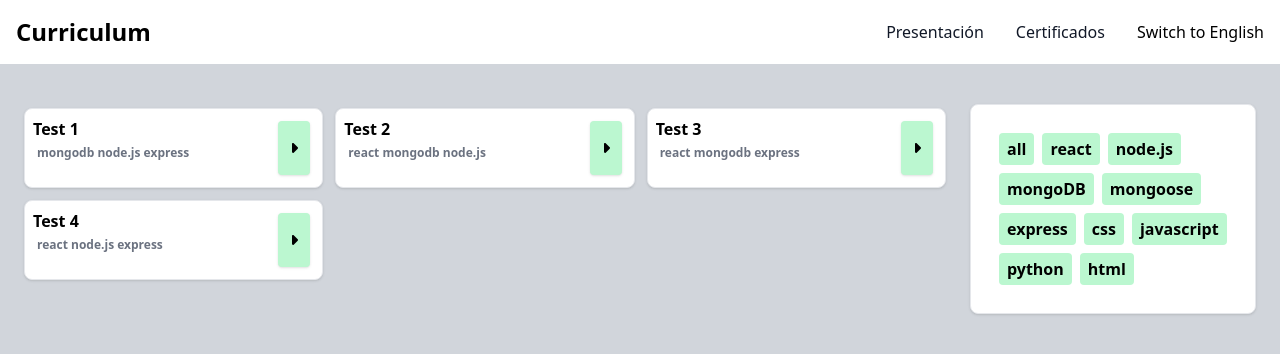
Repository: JetPi/Presentatio-Project
Page: /about/certificates
These files come from the project's save history. The page is drawn as it stood at one moment and after the next save; the edit follows.
The browser window is 1280 px wide. The pictures show the whole page.
The project was rebuilt for these pictures with package versions that can differ from the ones it lists, and the page was loaded fresh each time. The framework's server and built-in components were replaced by stand-ins that run in the browser. Also part of the build but not shown: next.config.js.

Above is the page before, as saved 2023-04-04 15:38:31.

After the next save:
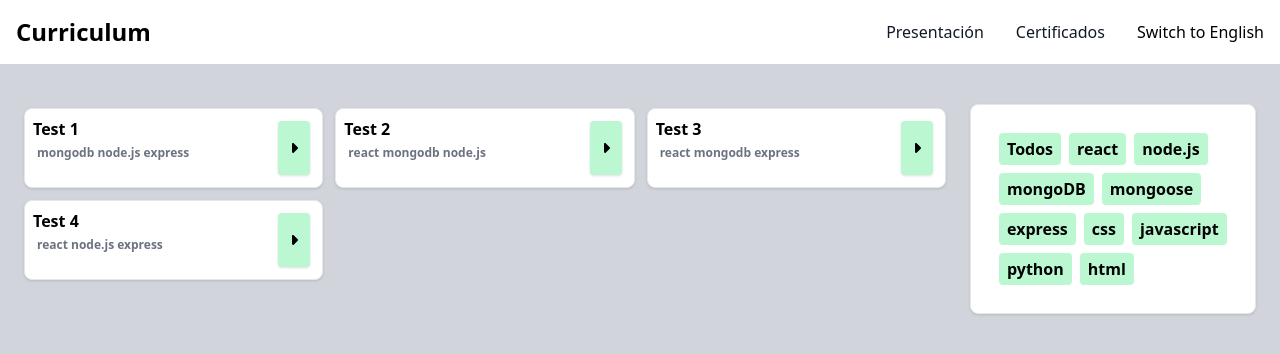
Saved 3 min 39 s later.
--- a/src/components/CertificateList.tsx
+++ b/src/components/CertificateList.tsx
@@ -3,6 +3,7 @@ import { Url } from "url";
 import { Card, CardButton, CardTitle } from "./Card";
 import Image from "next/image";
 import { LinkButton } from "./Button";
+import { useRouter } from "next/router";
 
 interface Props {
   itemList: Array<{
@@ -41,6 +42,7 @@ export default function CertificateList({ itemList, skillList }: Props) {
     };
   });
   const [list, setList] = useState(initialList);
+  const { locale } = useRouter();
 
   function skillRemover(skill: string) {
     let tempList = initialList.filter((item) => {
@@ -83,7 +85,7 @@ export default function CertificateList({ itemList, skillList }: Props) {
         <Card styling="mr-6 p-6 bg-white">
           <ul className="flex flex-row flex-wrap">
             <CertificateButton
-              skill={"all"}
+              skill={locale === "en-US" ? "All" : "Todos"}
               onClickHandler={() => setList(initialList)}
             />
             {skillList?.map((item) => {
